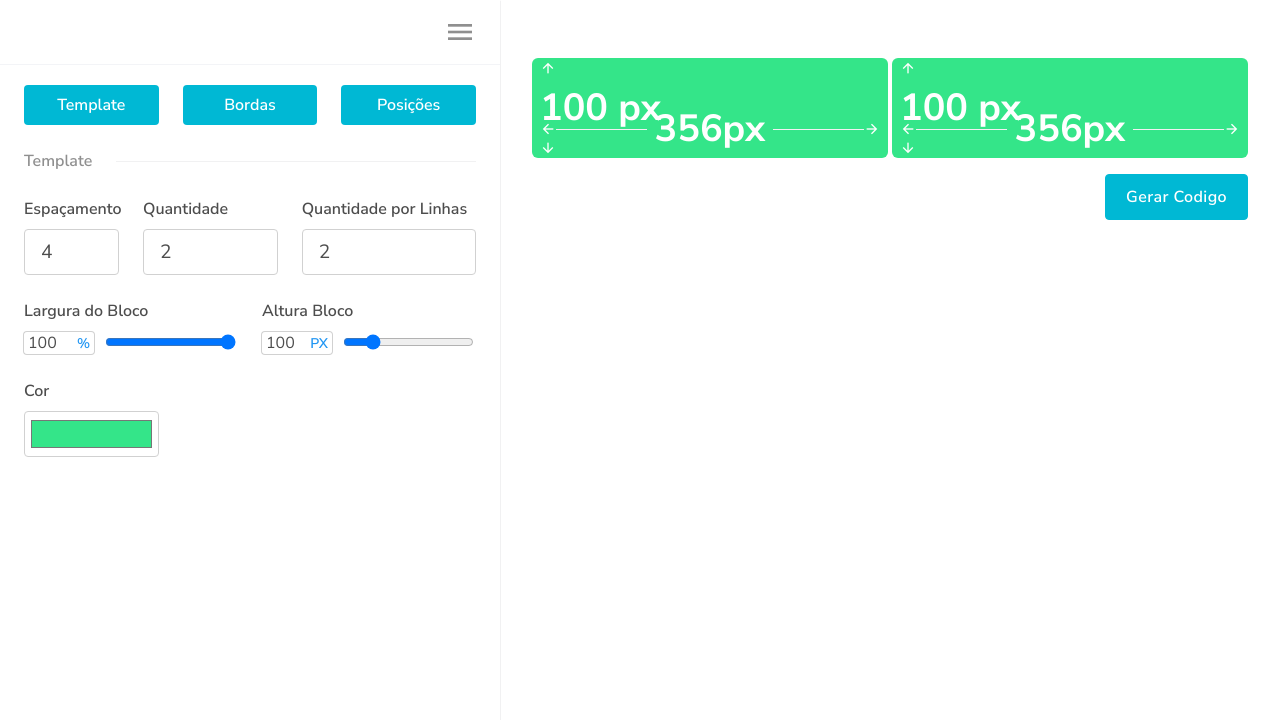
Repository: Flintdl/lowcode-elements
Page: /
These files come from the project's save history. The page is drawn as it stood at one moment and after the next save; the edit follows.
The browser window is 1280 px wide. The pictures show the whole page.
The project was rebuilt for these pictures with package versions that can differ from the ones it lists, and the page was loaded fresh each time. Also part of the build but not shown: vue.config.js.

Above is the page before, as saved 2022-04-06 12:14:48.

### src/assets/scss/_variables.scss
// Primarys Colors
$standardTextColor: #4d4d4d;

$primaryColor: #8e6dff;
$secondaryColor: #009997;
$buttonDisableColor: #9c9c9c;
$buttonDisableBgColor: #7676764d;

// Menu Colors

$bgMenuColor: #1d1d1d;
$linkMenuColor: #7b8089;
$iconMenuColor: #2a2a2a;
$borderMenuColor: #323232;

// Botão Colors

$btnPrimary: #00b8d4;
$btnPrimaryHover: #0085b0;

// Generics Colors

$whiteColor: #ffffff;
$mutedColor: #8f8f8f;
$cardColor: #f3f4f7;
$cardColorLight: #f9fafc;
$cardColorLightTwo: #f1f5fc;
$greyLight: #d1d1d1;

// Dropdown Colors

$dropdownHeaderColor: #5f5f5f;
$dropdownColor: #ebffff;

// State Colors

$successColor: #3dc661;
$dangerColor: #e7515a;
$warningColor: #e2a03f;
$infoColor: #2196f3;
$defaultColor: #172b4d;
$lightColor: #e0e0e0;

### src/views/HomeView.vue
<template>
  <div>
    <div class="sf-row">
      <div
        id="sf-preview-code-content"
        class="sf-col-12 sf-mx-auto sf-position-relative"
      >
        <!-- <div class="sf-display-flex sf-flex-wrap sf-width-100">
          <div
            id="sf-grid-template"
            class="sf-grid sf-position-relative"
            :style="{
              width: cssProps.width,
              height: String(valorHeight) + 'px',
              left: inputGap / 2 + 'px',
            }"
            v-bind:key="n"
            v-for="n of quantidade"
          ></div>
        </div> -->
        <div id="sf-preview-code">
          <div
            :style="gapProps"
            :class="[
              'sf-display-flex sf-flex-wrap sf-width-100',
              'sf-justify-content-' + checkValue,
            ]"
          >
            <DivGrid
              v-bind:key="n"
              v-for="n of quantidade"
              :tamanho="String(valor)"
              :altura="String(valorHeight)"
              :cssDefinido="cssProps"
              class="sf-position-relative"
            />
          </div>
        </div>
      </div>
      <div class="sf-col-12 sf-mt-3 sf-display-flex sf-justify-content-end">
        <button class="sf-btn sf-btn-primary" @click="gerarCodigo">
          Gerar Codigo
        </button>
      </div>
    </div>
    <div class="sf-row" v-if="htmlPreviewCode">
      <div class="sf-col-12 sf-mx-auto sf-mt-5 sf-code-content">
        <div class="sf-bg-code sf-p-4 sf-border-radius">
          <code>
            <span class="sf-text-info">Código do Preview</span> <br />
            {{ htmlPreviewCode }}
          </code>
        </div>
      </div>
    </div>
  </div>
</template>

<script>
// @ is an alias to /src

import DivGrid from "@/components/templates/DivGrid.vue";

export default {
  name: "HomeView",
  data: function () {
    return {
      htmlPreviewCode: null,
    };
  },
  components: {
    DivGrid,
  },
  props: {
    valor: String,
    inputGap: String,
    quantidade: Number,
    valorHeight: String,
    quantidadeLinha: String,
    inputBorderRadius: String,
    checkValue: String,
    inputColor: String,
    inputBorder: String,
    inputBorderColor: String,
    inputBorderTipo: String,
  },
  computed: {
    cssProps() {
      return {
        width: `calc((${this.valor}% - ${this.inputGap}px * ${
          this.quantidadeLinha - "1"
        }) / ${this.quantidadeLinha})`,
        height: this.valorHeight + "px",
        "border-radius": this.inputBorderRadius + "px",
        "background-color": this.inputColor,
        border:
          this.inputBorder +
          "px" +
          " " +
          this.inputBorderTipo +
          " " +
          this.inputBorderColor,
      };
    },
    gapProps() {
      return {
        gap: this.inputGap + "px",
      };
    },
  },
  methods: {
    gerarCodigo() {
      this.htmlPreviewCode =
        document.getElementById("sf-preview-code").innerHTML;
    },
  },
};
</script>

<style>
#sf-grid-template:after {
  content: "";
  width: 100%;
  height: 150%;
  top: -25%;
  background-color: #ff008c0a;
  border: 1px solid rgba(255, 0, 140, 0.103);
  border-left: 2px solid #ff008c38;
  border-right: 2px solid #ff008c38;
  position: absolute;
}
</style>

### src/components/templates/InputGapTemplate.vue
<template>
  <div class="sf-col-3 sf-form-group">
    <label class="sf-label">Espaçamento</label>
    <input
      type="number"
      min="1"
      max="12"
      value="2"
      id="inputGap"
      v-model="valor"
      class="filter-states sf-text-capitalize"
      placeholder="Quantidade de Blocos"
    />
  </div>
</template>

<script>
export default {
  props: {
    valorInput: String,
  },
  computed: {
    valor: {
      get() {
        var inp = this.valorInput;
        return inp;
      },
      set(valorInput) {
        this.$emit("callback", valorInput);
      },
    },
  },
};
</script>

<style></style>

### src/components/templates/InputQuantidadeTemplate.vue
<template>
  <div class="sf-col-4 sf-form-group">
    <label class="sf-label">Quantidade</label>
    <input
      type="number"
      value="1"
      id="inputQuantidade"
      v-model="valor"
      class="filter-states sf-text-capitalize"
      placeholder="Quantidade de Blocos"
    />
  </div>
</template>

<script>
export default {
  props: {
    valorInput: String,
  },
  computed: {
    valor: {
      get() {
        var inp = this.valorInput;
        return inp;
      },
      set(valorInput) {
        this.$emit("callback", valorInput);
      },
    },
  },
};
</script>

<style></style>

### src/components/templates/InputQuantLinhasTemplate.vue
<template>
  <div class="sf-col-5 sf-form-group">
    <label class="sf-label">Quantidade por Linhas</label>
    <input
      type="number"
      min="1"
      max="12"
      value="1"
      id="inputQuantidadeLinha"
      v-model="valor"
      class="filter-states sf-text-capitalize"
      placeholder="Quantidade Linha"
    />
  </div>
</template>

<script>
export default {
  props: {
    valorInput: String,
  },
  computed: {
    valor: {
      get() {
        var inp = this.valorInput;
        return inp;
      },
      set(valorInput) {
        this.$emit("callback", valorInput);
      },
    },
  },
};
</script>

<style></style>

### src/components/templates/InputLarguraBloco.vue
<template>
  <div class="sf-col-6 sf-form-group">
    <label class="sf-label">Largura do Bloco</label>
    <div class="sf-input-group">
      <div
        class="sf-input-group-append sf-display-flex sf-justify-content-center"
      >
        <div
          class="sf-display-flex sf-align-items-center sf-justify-content-center sf-border-left-0 sf-border-radius sf-border-radius-left-0 sf-pr-2 sf-text-info sf-font-weight-bold sf-min-80-px"
        >
          <div class="sf-input-group">
            <input
              type="number"
              value="1"
              min="1"
              max="100"
              v-model="valor"
              class="sf-text-md sf-height-fit-content sf-pr-0 sf-pl-1 sf-border-right-0 sf-border-radius-right-0 sf-text-capitalize"
              placeholder="Curva da Borda"
            />
            <div
              class="sf-input-group-append sf-display-flex sf-justify-content-center"
            >
              <div
                class="sf-display-flex sf-align-items-center sf-border sf-justify-content-center sf-border-left-0 sf-border-radius sf-border-radius-left-0 sf-pr-1 sf-text-info sf-font-weight-bold sf-text-sm"
              >
                %
              </div>
            </div>
          </div>
        </div>
      </div>
      <input
        type="range"
        min="10"
        max="100"
        value="10"
        id="inputRange"
        v-model="valor"
        class="sf-px-0 sf-border-right-0 sf-border-radius-right-0 sf-text-capitalize"
      />
    </div>
  </div>
</template>

<script>
export default {
  props: {
    valorInput: String,
  },
  computed: {
    valor: {
      get() {
        var inp = this.valorInput;
        return inp;
      },
      set(valorInput) {
        this.$emit("callback", valorInput);
      },
    },
  },
};
</script>

<style></style>

### src/components/templates/InputAlturaBloco.vue
<template>
  <div class="sf-col-6 sf-form-group">
    <label class="sf-label">Altura Bloco</label>
    <div class="sf-input-group">
      <div
        class="sf-input-group-append sf-display-flex sf-justify-content-center"
      >
        <div
          class="sf-display-flex sf-align-items-center sf-justify-content-center sf-border-left-0 sf-border-radius sf-border-radius-left-0 sf-pr-2 sf-text-info sf-font-weight-bold sf-min-80-px"
        >
          <div class="sf-input-group">
            <input
              type="number"
              value="1"
              min="1"
              max="500"
              v-model="valor"
              class="sf-text-md sf-height-fit-content sf-pr-0 sf-pl-1 sf-border-right-0 sf-border-radius-right-0 sf-text-capitalize"
              placeholder="Curva da Borda"
            />
            <div
              class="sf-input-group-append sf-display-flex sf-justify-content-center"
            >
              <div
                class="sf-display-flex sf-align-items-center sf-border sf-justify-content-center sf-border-left-0 sf-border-radius sf-border-radius-left-0 sf-pr-1 sf-text-info sf-font-weight-bold sf-text-sm"
              >
                PX
              </div>
            </div>
          </div>
        </div>
      </div>
      <input
        type="range"
        min="10"
        max="500"
        id="valorHeight"
        v-model="valor"
        class="sf-px-0 sf-border-right-0 sf-border-radius-right-0 sf-text-capitalize"
      />
    </div>
  </div>
</template>

<script>
export default {
  props: {
    valorInput: String,
  },
  computed: {
    valor: {
      get() {
        var inp = this.valorInput;
        return inp;
      },
      set(valorInput) {
        this.$emit("callback", valorInput);
      },
    },
  },
};
</script>

<style></style>

### src/components/templates/InputBorderRadiusBloco.vue
<template>
  <div class="sf-col-6 sf-form-group">
    <label class="sf-label">Curva da Borda</label>
    <div class="sf-input-group">
      <div
        class="sf-input-group-append sf-display-flex sf-justify-content-center"
      >
        <div
          class="sf-display-flex sf-align-items-center sf-justify-content-center sf-border-left-0 sf-border-radius sf-border-radius-left-0 sf-pr-2 sf-text-info sf-font-weight-bold sf-min-80-px"
        >
          <div class="sf-input-group">
            <input
              type="number"
              value="1"
              min="1"
              max="50"
              v-model="valor"
              class="sf-text-md sf-height-fit-content sf-pr-0 sf-pl-1 sf-border-right-0 sf-border-radius-right-0 sf-text-capitalize"
              placeholder="Curva da Borda"
            />
            <div
              class="sf-input-group-append sf-display-flex sf-justify-content-center"
            >
              <div
                class="sf-display-flex sf-align-items-center sf-border sf-justify-content-center sf-border-left-0 sf-border-radius sf-border-radius-left-0 sf-pr-1 sf-text-info sf-font-weight-bold sf-text-sm"
              >
                PX
              </div>
            </div>
          </div>
        </div>
      </div>
      <input
        type="range"
        value="1"
        min="1"
        max="50"
        id="inputBorderRadius"
        v-model="valor"
        class="sf-px-0 sf-border-right-0 sf-border-radius-right-0 sf-text-capitalize"
        placeholder="Curva da Borda"
      />
    </div>
  </div>
</template>

<script>
export default {
  props: {
    valorInput: String,
  },
  computed: {
    valor: {
      get() {
        var inp = this.valorInput;
        return inp;
      },
      set(valorInput) {
        this.$emit("callback", valorInput);
      },
    },
  },
};
</script>

<style></style>

### src/components/templates/InputBorderBloco.vue
<template>
  <div class="sf-col-6 sf-form-group">
    <label class="sf-label">Tamanho da Borda</label>
    <div class="sf-input-group">
      <div
        class="sf-input-group-append sf-display-flex sf-justify-content-center"
      >
        <div
          class="sf-display-flex sf-align-items-center sf-justify-content-center sf-border-left-0 sf-border-radius sf-border-radius-left-0 sf-pr-2 sf-text-info sf-font-weight-bold sf-min-80-px"
        >
          <div class="sf-input-group">
            <input
              type="number"
              value="1"
              min="1"
              max="50"
              v-model="valor"
              class="sf-text-md sf-height-fit-content sf-pr-0 sf-pl-1 sf-border-right-0 sf-border-radius-right-0 sf-text-capitalize"
              placeholder="Curva da Borda"
            />
            <div
              class="sf-input-group-append sf-display-flex sf-justify-content-center"
            >
              <div
                class="sf-display-flex sf-align-items-center sf-border sf-justify-content-center sf-border-left-0 sf-border-radius sf-border-radius-left-0 sf-pr-1 sf-text-info sf-font-weight-bold sf-text-sm"
              >
                PX
              </div>
            </div>
          </div>
        </div>
      </div>
      <input
        type="range"
        value="1"
        min="0"
        max="24"
        id="inputBorder"
        v-model="valor"
        class="sf-px-0 sf-border-right-0 sf-border-radius-right-0 sf-text-capitalize"
        placeholder="Curva da Borda"
      />
    </div>
  </div>
</template>

<script>
export default {
  props: {
    valorInput: String,
  },
  computed: {
    valor: {
      get() {
        var inp = this.valorInput;
        return inp;
      },
      set(valorInput) {
        this.$emit("callback", valorInput);
      },
    },
  },
};
</script>

<style></style>

### src/components/templates/InputPosicaoBloco.vue
<template>
  <div class="sf-row">
    <div class="sf-col-12 sf-form-group">
      <span
        class="sf-text-md sf-font-weight-bold sf-text-muted sf-display-flex sf-align-items-center"
      >
        Posições
        <hr class="sf-width-100 sf-ml-4" />
      </span>
    </div>
    <div class="sf-col-auto sf-form-group">
      <input
        id="start"
        type="radio"
        name="positionDivs"
        v-model="valor"
        value="start"
        checked
      />
      <label for="start"> Esquerda</label>
    </div>

    <div class="sf-col-auto sf-form-group">
      <input
        type="radio"
        id="center"
        name="positionDivs"
        v-model="valor"
        value="center"
      />
      <label for="center"> Centro</label>
    </div>

    <div class="sf-col-auto sf-form-group">
      <input
        type="radio"
        id="end"
        name="positionDivs"
        v-model="valor"
        value="end"
      />
      <label for="end"> Final</label>
    </div>
    <div class="sf-col-auto sf-form-group">
      <input
        type="radio"
        id="between"
        name="positionDivs"
        v-model="valor"
        value="between"
      />
      <label for="between"> Laterais</label>
    </div>
    <div class="sf-col-auto sf-form-group">
      <input
        type="radio"
        id="around"
        name="positionDivs"
        v-model="valor"
        value="around"
      />
      <label for="around"> Meio</label>
    </div>
  </div>
</template>

<script>
export default {
  props: {
    valorInput: String,
  },
  computed: {
    valor: {
      get() {
        var inp = this.valorInput;
        return inp;
      },
      set(valorInput) {
        this.$emit("callback", valorInput);
      },
    },
  },
};
</script>

<style></style>

### src/components/templates/InputBorderCorBloco.vue
<template>
  <div class="sf-col sf-form-group">
    <label class="sf-label">Cor</label>
    <input
      type="color"
      id="inputBorderColor"
      v-model="valor"
      class="sf-p-1 sf-text-capitalize"
      placeholder="Quantidade de Blocos"
    />
  </div>
</template>

<script>
export default {
  props: {
    valorInput: String,
  },
  computed: {
    valor: {
      get() {
        var inp = this.valorInput;
        return inp;
      },
      set(valorInput) {
        this.$emit("callback", valorInput);
      },
    },
  },
};
</script>

<style></style>

### src/components/templates/InputBorderTipoBloco.vue
<template>
  <div class="sf-col-10 sf-form-group">
    <label class="sf-label">Tipo de Borda</label>
    <select
      id="inputBorderTipo"
      v-model="control"
      :items="items"
      @change="onSelectType"
      class="sf-text-capitalize"
    >
      <option
        v-bind:key="item.value"
        :value="item.value"
        :disabled="!item.value"
        v-for="item of items"
      >
        {{ item.label }}
      </option>
    </select>
  </div>
</template>

<script>
export default {
  props: {
    valorInput: String,
  },
  data: () => {
    return {
      items: [
        { label: "Solid", value: "solid" },
        { label: "Dashed", value: "dashed" },
      ],
    };
  },
  computed: {
    control: {
      get() {
        return this.valorInput;
      },
      set(valorInput) {
        this.$emit("callback", valorInput);
      },
    },
  },
  methods: {
    onSelectType(event) {
      this.$emit("change", event);
    },
  },
};
</script>

<style></style>

### src/components/templates/DivGrid.vue
<template>
  <div
    class="sf-position-relative sf-overflow-hidden"
    :style="cssDefinido"
    ref="container"
  >
    <div
      class="sf-height-position sf-position-absolute sf-display-flex sf-flex-column sf-px-2"
    >
      <i
        class="mdi mdi-arrow-up sf-text-md sf-text-white sf-dropdown-action"
      ></i>
      <span class="sf-text-white sf-font-weight-extra-bold sf-text-center">
        {{ altura }}
        px
      </span>
      <i
        class="mdi mdi-arrow-down sf-text-md sf-text-white sf-dropdown-action"
      ></i>
    </div>
    <div
      class="sf-width-position sf-width-100 sf-position-absolute sf-display-flex sf-align-items-center sf-px-2"
    >
      <i
        class="mdi mdi-arrow-left sf-text-md sf-text-white sf-dropdown-action"
      ></i>
      <hr class="sf-width-100 sf-mr-2" />
      <span class="sf-text-white sf-font-weight-extra-bold sf-text-center">
        {{ larguraPixel }}px
      </span>
      <hr class="sf-width-100 sf-ml-2" />
      <i
        class="mdi mdi-arrow-right sf-text-md sf-text-white sf-dropdown-action"
      ></i>
    </div>
  </div>
</template>

<script>
export default {
  data() {
    return {
      larguraPixel: null,
    };
  },
  mounted() {
    this.larguraPixel = this.$refs.container?.offsetWidth;
  },

  props: {
    cssDefinido: Object,
    tamanho: String,
    altura: String,
  },
  created() {
    this.$watch("tamanho", () => {
      this.larguraPixel = this.$refs.container?.offsetWidth;
    });
  },
};
</script>

<style lang="scss" scoped>
.sf-height-position,
.sf-width-position {
  font-size: 1cm;
}
.sf-height-position {
  transform: translateY(-50%);
  left: 0;
  top: 50%;
}
.sf-width-position {
  transform: translateX(-50%);
  bottom: 0;
  left: 50%;
}
</style>

Loaded but not shown: public/index.html (common file); src/main.js (common file); src/App.vue (common file); src/registerServiceWorker.js (common file); src/router/index.js (common file); src/assets/scss/materialdesignicons.scss (9 lines, source omitted); src/assets/scss/style.scss (4102 lines, source omitted); src/components/Menu/MenuTemplate.vue (297 lines, source omitted); src/assets/scss/menu.scss (402 lines, source omitted); src/assets/scss/standard.scss (381 lines, source omitted)

After the next save:
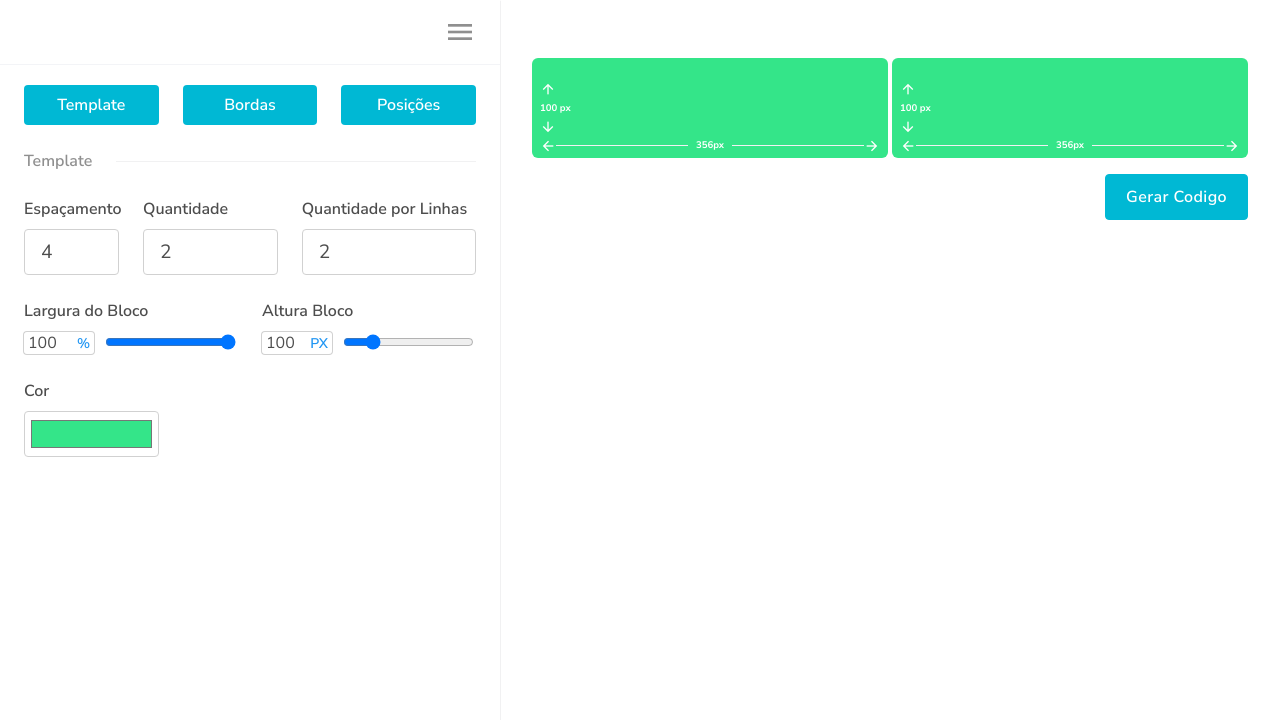
Saved 6 s later.
--- a/src/components/templates/DivGrid.vue
+++ b/src/components/templates/DivGrid.vue
@@ -63,7 +63,7 @@ export default {
 <style lang="scss" scoped>
 .sf-height-position,
 .sf-width-position {
-  font-size: 1cm;
+  font-size: 1ch;
 }
 .sf-height-position {
   transform: translateY(-50%);
